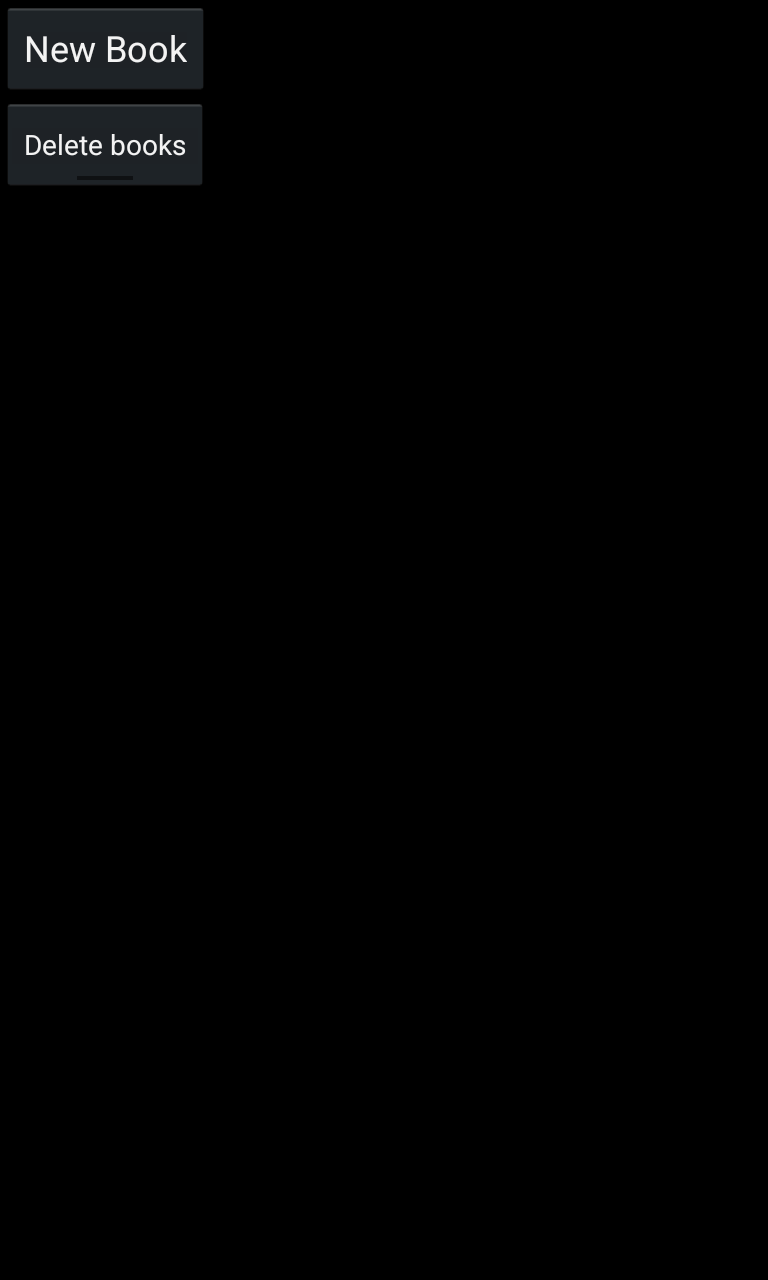
Repository: ringe/andra
Layout: BookieB/res/layout/main.xml
An editor plug-in stored every save of this project. The layout is shown before and after the next save, followed by the edit.
It is drawn on a 768 x 1280 px phone screen (xhdpi) without system bars, with theme android:Theme.Holo; the app's code is not run. Lists and similar views that code fills are empty.

Above is the layout before, as saved 2012-02-29 12:18:00.

### BookieB/res/layout/main.xml
<?xml version="1.0" encoding="utf-8"?>
<LinearLayout xmlns:android="http://schemas.android.com/apk/res/android"
    android:layout_width="fill_parent"
    android:layout_height="fill_parent"
    android:orientation="vertical" >

    <Button
        android:id="@+id/newbook"
        android:layout_width="wrap_content"
        android:layout_height="wrap_content"
        android:text="New Book" />

    <ToggleButton
        android:id="@+id/deletebook"
        android:layout_width="wrap_content"
        android:layout_height="wrap_content"
        android:text="Delete Books"
        android:textOff="Delete books"
        android:textOn="Deleting books"/>

    <ListView
        android:id="@+id/booklist"
        android:layout_width="match_parent"
        android:layout_height="wrap_content" >
    </ListView>

</LinearLayout>

After the next save:
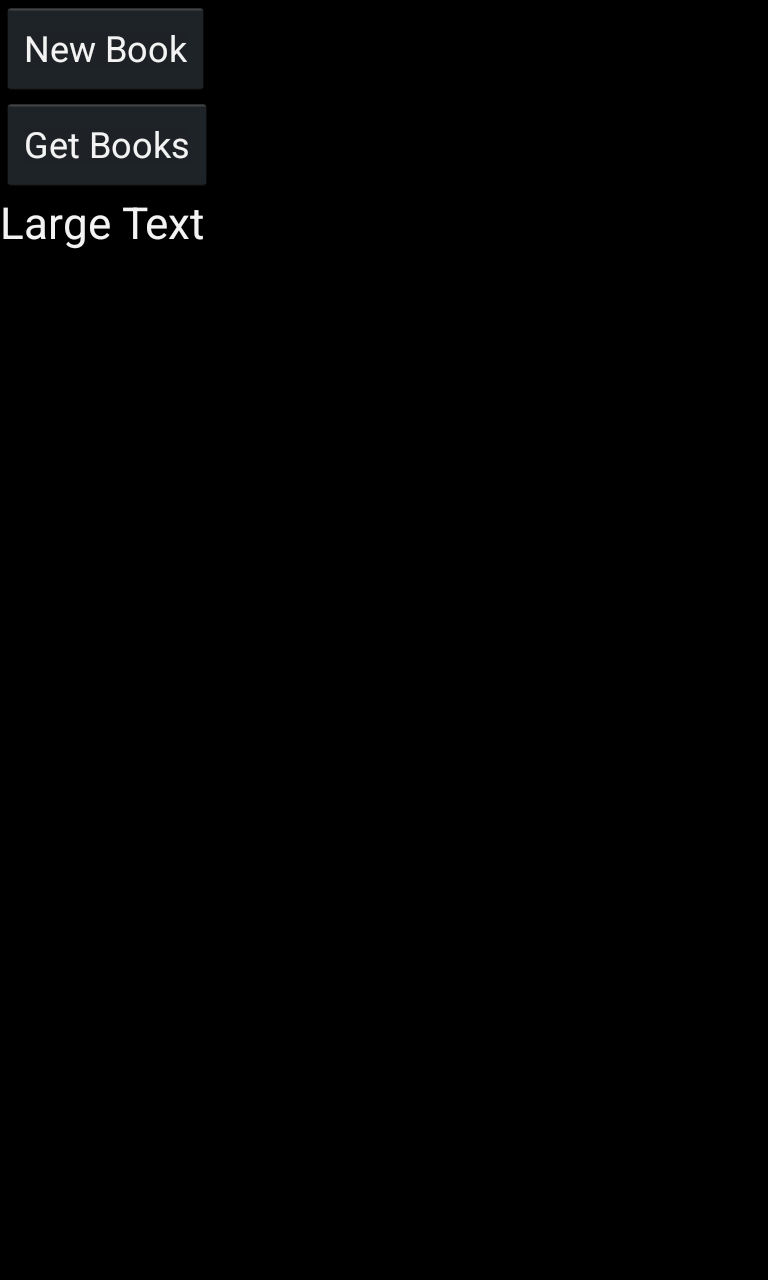
Saved 9 min 39 s later.
--- a/BookieB/res/layout/main.xml
+++ b/BookieB/res/layout/main.xml
@@ -10,18 +10,18 @@
         android:layout_height="wrap_content"
         android:text="New Book" />
 
-    <ToggleButton
-        android:id="@+id/deletebook"
+    <Button
+        android:id="@+id/getbooks"
         android:layout_width="wrap_content"
         android:layout_height="wrap_content"
-        android:text="Delete Books"
-        android:textOff="Delete books"
-        android:textOn="Deleting books"/>
+        android:text="Get Books" />
 
-    <ListView
-        android:id="@+id/booklist"
+    <TextView
+        android:id="@+id/textView1"
         android:layout_width="match_parent"
-        android:layout_height="wrap_content" >
-    </ListView>
+        android:layout_height="wrap_content"
+        android:layout_weight="0.07"
+        android:text="Large Text"
+        android:textAppearance="?android:attr/textAppearanceLarge" />
 
 </LinearLayout>
